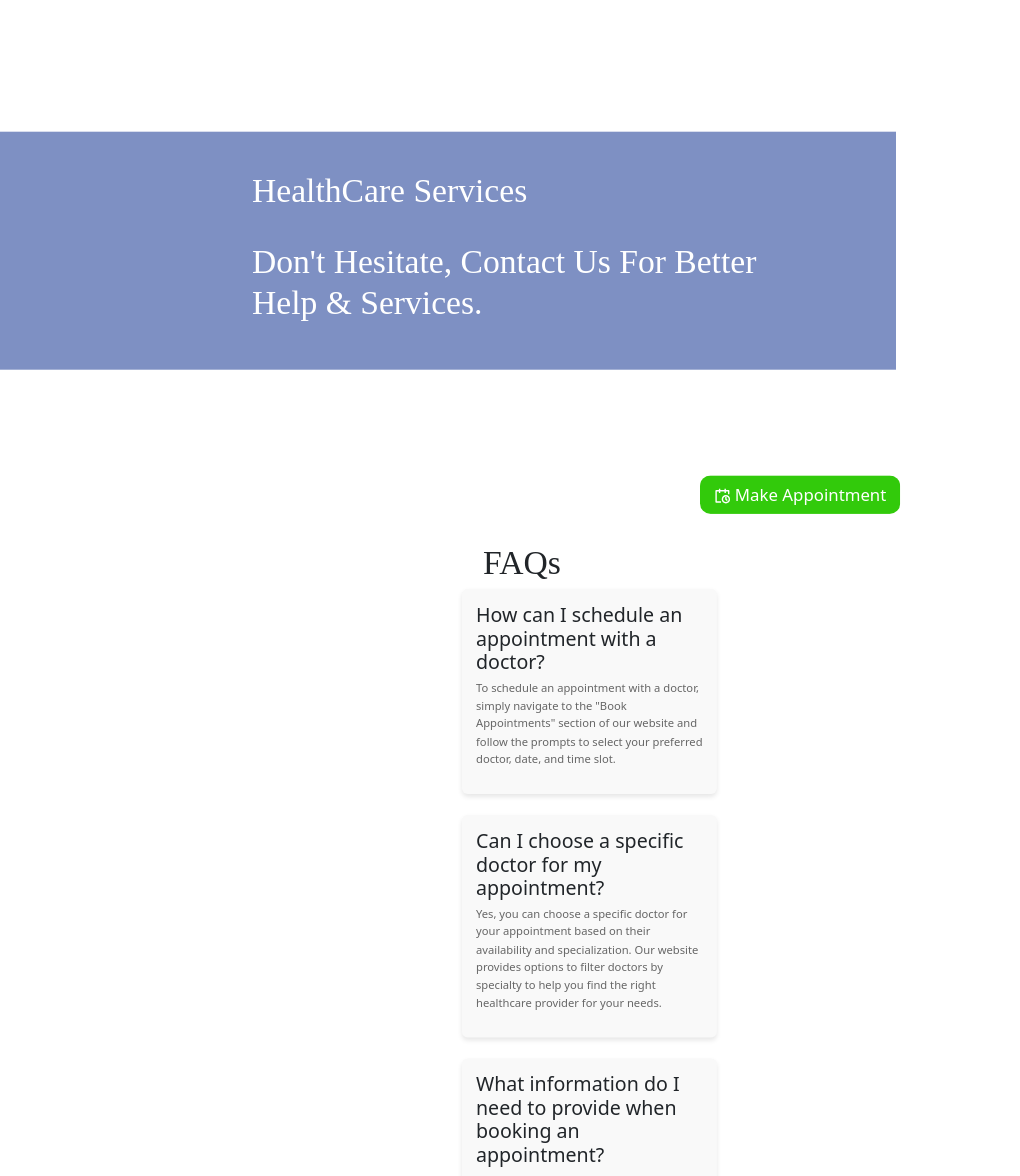
Repository: WajihaGul/MedicalApp-Frontend
Page: /
The author's editor kept a copy of each file at every save. The page is drawn from the files as they stood at one save, then again after the next save.
The browser window is 1280 px wide. The page is 1457 px wide, so the pictures cover 1457 px, including what lies to the right of the window. The pictures show the part of the page from y = 1853 to 3533 px (the page is 4960 px tall before and 4955 px after), at 70% of full size.
The project was rebuilt for these pictures with package versions that can differ from the ones it lists, and the page was loaded fresh each time. Also part of the build but not shown: vite.config.js, src/index.css, src/App.css.

Above is the page before, as saved 2024-05-08 22:55:23.

After the next save:
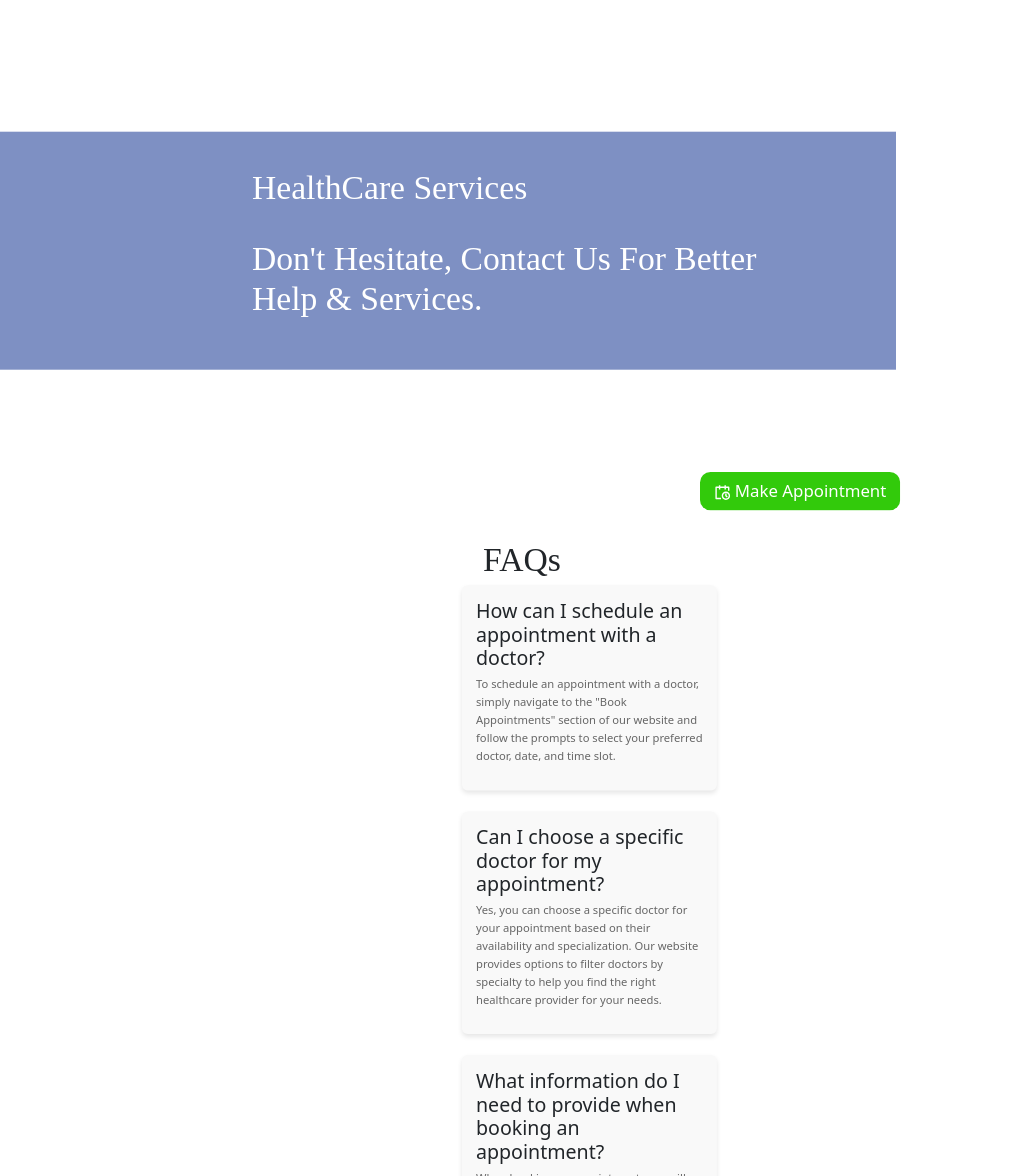
Saved 3 min 19 s later.
--- a/src/Components/MakeAppointment/MakeAppointment.module.css
+++ b/src/Components/MakeAppointment/MakeAppointment.module.css
@@ -7,9 +7,10 @@
     color: white;
     font-family: cursive;
     margin-left: 290px;
-    padding-top: 46px;
+    padding-top: 41px;
     width: 800px;
     font-size: xxx-large;
+    margin-right: 290px;
 }
 .head1{
     margin-top: 44px;
